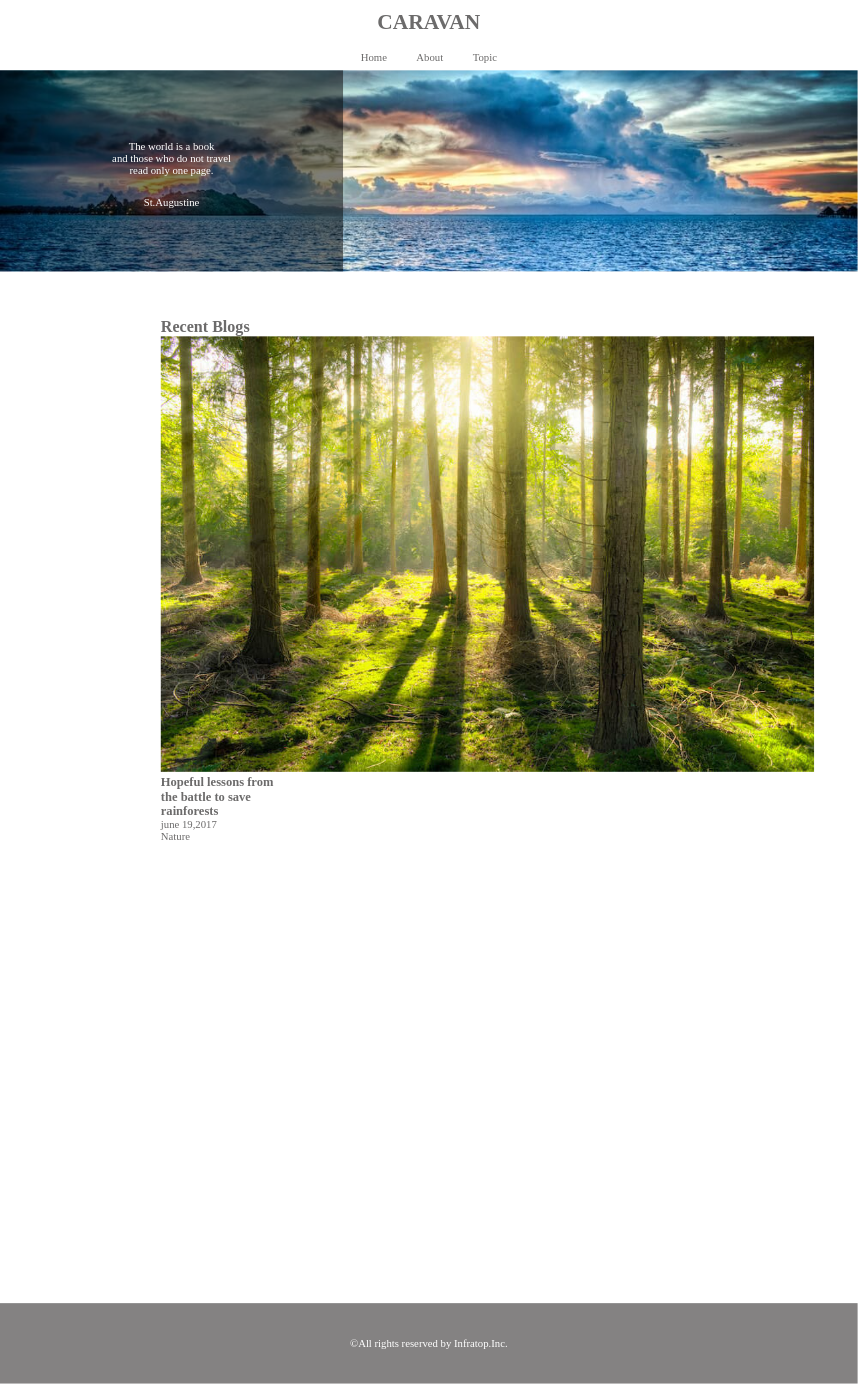
Repository: itoudaiki/git-practice
Page: caravan/index.html
The author's editor kept a record of every edit. The page is drawn from the files as they stood at one moment, then again after the next edit.
The browser window is 1280 px wide. The pictures show the whole page, at 67% of full size.

Above is the page before.

### caravan/index.html
<!DOCTYPE html>
<html lang="ja">
    <head>
        <meta charset="UTF-8"/>
        <link rel="stylesheet" href="style.css"/>
        <title>CARAVAN</title>
        </head>
        <body>
           <header>
               <h1 clas="heading">
                 <a href ="index.html">
                     CARAVAN
                 </a>
               </h1>
           </header>
           <nav>
             <ul class="nav-list">
                 <li class="nav-list-item">
                     <a href="index.html">Home</a>
                 </li>
                 <li class="nav-list-item">About</li>
                 <li class="nav-list-item">Topic</li>
             </ul>
           </nav>
        <div class="main-visual">
            <div class="main-visual-content">
                <p class="main-visual-text">
                The world is a book<br/>
                and those who do not travel<br/>
                read only one page.
                </p>
                <p class="main-visual-name">
                St.Augustine
                </p>
            </div>
        </div>
        <div class="main">
        <section class="blog">
            <h2 class="blog-heading">Recent Blogs</h2>
            <div class="blog-item">
                <img class="blog-image" src="img/forest.jpg">
            <section vlass="blog-text">
                <h3>
                    <a href="#single.html">
                  Hopeful lessons from<br>
                the battle to save<br>
                rainforests
                    </a>
                </h3
                <p>june 19,2017</p>
            <span class="categary">Nature</span>
            </section>
            </div>
        </section>
            <div class="sidebar"></div>
        </div>
        </main>
        <footer>
            <a class="footer-text">©All rights reserved by Infratop.Inc.</a>
        </footer>
        </body>

</html>

### caravan/style.css
* {
    margin:0;
    padding: 0;
    box-sizing: border-box;
    color: #6c6b6b;
}
a {
    text-decoration: none;
}
header {
    width: 90%;
    padding: 15px 0;
    margin: 0 auto;
    text-align: center;
}
header .heading {
    font-size: 32px;
}
.nav-list {
    text-align:center;
    padding: 10px 0;
    margin: 0 auto;
}
.nav-list-item {
    list-style: none;
    display:inline-block;
    margin: 0 20px;
}
.main-visual {
    width: 100%;
    height: 300px;
     background-image: url(img/mv.jpg);
     background-size: cover;
     background-position: center;
}
.main-visual-content {
    width: 40%;
    height: 300px;
    background-color:rgba(0,0,0,0.5);
    text-align-last: center;
    padding-top: 105px;
}
.main-visual-text {
    color: #fff;
}
.main-visual-name {
    margin-top: 30px;
    color: #fff;
}
.main {
    width: 800px;
    display:flex;
    justify-content:center;
    margin: 0 auto;
    padding: 70px 0;
}
.blog {
    width: 600px;
    height:1400px;
}
.sidebar {
    width: 240px;
    height: 1400px;
}
footer {
    width: 100%;
    height: 120px;
    text-align: center;
    line-height: 120px;
    background-color:#848282;
}
.footer-text {
    color: #fff;
}

After the next edit:
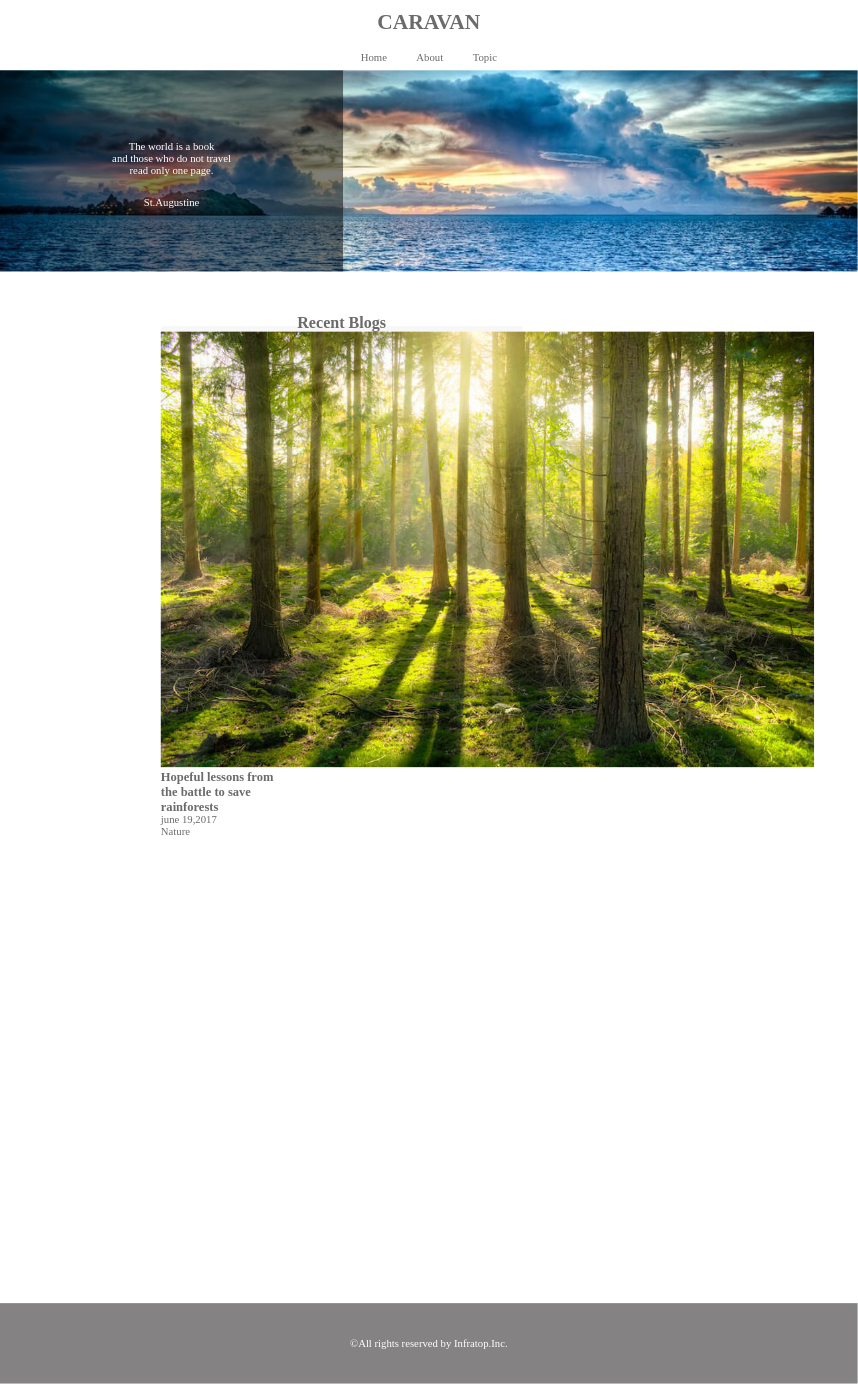
The edit:
--- a/caravan/style.css
+++ b/caravan/style.css
@@ -55,8 +55,13 @@
     padding: 70px 0;
 }
 .blog {
-    width: 600px;
-    height:1400px;
+    width: 540px;
+    margin-right: 30px;
+}
+.blog-heading {
+    border-bottom: 8px solid #f7f7f7;
+    text-align: center;
+    line-height: 0.5;
 }
 .sidebar {
     width: 240px;
